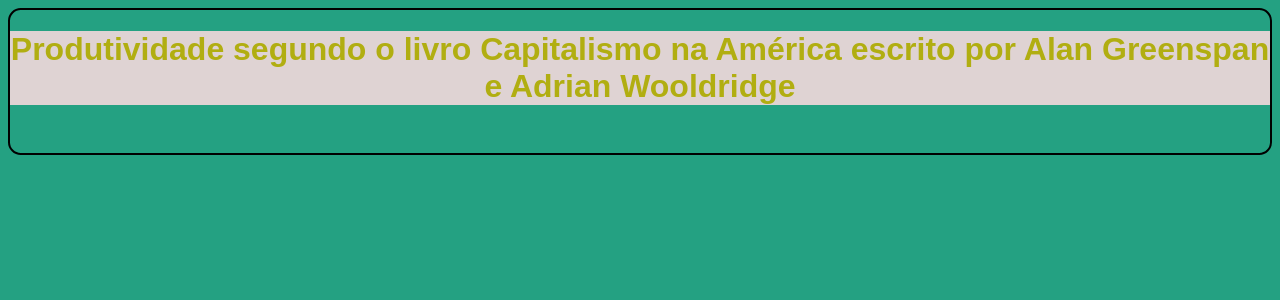
Repository: batmit/FutureFundation.github.io-1
Page: menu/articles/speechs/produtividade.html
An editor plug-in stored every save of this project. The page is shown before and after a run of saves, followed by the edit.
The browser window is 1280 px wide. The pictures show the whole page.

Above is the page before, as saved 2021-11-07 17:26:34.

### menu/articles/speechs/produtividade.html
<!DOCTYPE html>
<html lang="pt-BR">
<head>
    <meta charset="UTF-8">
    <meta http-equiv="X-UA-Compatible" content="IE=edge">
    <meta name="viewport" content="width=device-width, initial-scale=1.0">
    <title>Produtividade segundo o livro Capitalismo na América</title>

    <link rel="stylesheet" href="/menu/main.css">
</head>
<body>
    <div id="all">
        <header>
            <h1>Produtividade segundo o livro Capitalismo na América escrito por Alan Greenspan e Adrian Wooldridge</h1>
        </header>
    </div>
</body>
</html>

### menu/main.css
body{

    text-align: center;

    border: black 2px solid;

    border-radius: 0.8rem;

    font-family: 'Ubuntu', arial;

    background-color: rgb(36, 161, 130);


}

#articles {
    gap: 3px;
}

#all{

    background-color: rgb(223, 211, 211);

}


#codigo{
    text-align:left;

}


img{
    text-align: center;
    justify-content: center;

}

p{
    font-size: 20px;
    font-family: 'Ubuntu', arial;
}

a{
    border: 2px solid black;

    border-radius: 0.8rem;

    box-sizing: border-box;

    padding: 0.5rem;

    line-height:3rem;

    margin: 2px;


}

a:hover{

    background-color:#F0FFFF;

}

h1{

    margin-bottom: 3rem;

    color: rgb(177, 174, 17);

}

audio {
    -webkit-transition:all 0.5s linear;
    -moz-transition:all 0.5s linear;
    -o-transition:all 0.5s linear;
    transition:all 0.5s linear;
    -moz-box-shadow: 2px 2px 4px 0px #006773;
    -webkit-box-shadow:  2px 2px 4px 0px #006773;
    box-shadow: 2px 2px 4px 0px #006773;
    -moz-border-radius:7px 7px 7px 7px ;
    -webkit-border-radius:7px 7px 7px 7px ;
    border-radius:7px 7px 7px 7px ;
}

audio:hover, audio:focus, audio:active {

-webkit-box-shadow: 15px 15px 20px rgba(0,0, 0, 0.4);
-moz-box-shadow: 15px 15px 20px rgba(0,0, 0, 0.4);
box-shadow: 15px 15px 20px rgba(0,0, 0, 0.4);
-webkit-transform: scale(1.05);
-moz-transform: scale(1.05);
transform: scale(1.05);

}



@media (max-width: 900px) {


    a{

        display: block;
        line-height: 0.5rem;
        padding: 1rem;

    }

    #img{
        text-align: right;
    }

}

@media (prefers-color-scheme: dark) {
    #all{

        background-color: rgb(90, 73, 73);

    }

    h1{
        color: white
    }

    p{
        color: white;
    }

    a{
        background-color: aqua;
    }

    h3{
        color: white;
    }

    strong {
        color: white;
    }


}

After the next 2 saves:
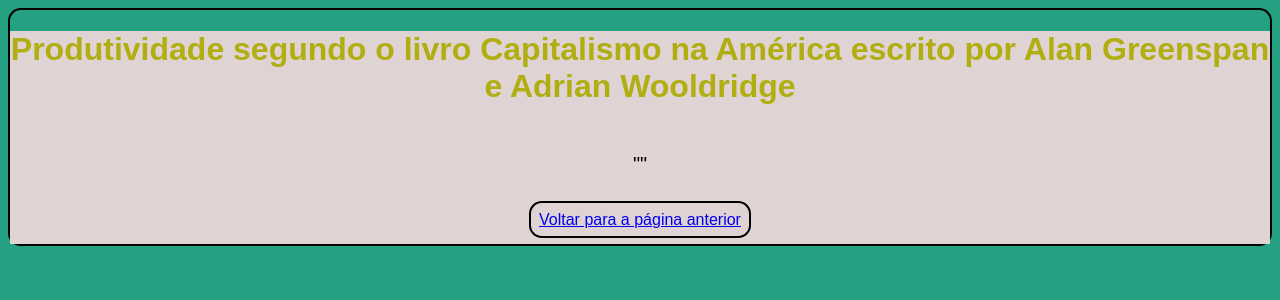
The 2 saves are shown as one change because they came seconds apart.
The last was saved 33 s later.
--- a/menu/articles/speechs/produtividade.html
+++ b/menu/articles/speechs/produtividade.html
@@ -13,6 +13,10 @@
         <header>
             <h1>Produtividade segundo o livro Capitalismo na América escrito por Alan Greenspan e Adrian Wooldridge</h1>
         </header>
+        <p>""</p>
+
+
+        <a href="./citações.html">Voltar para a página anterior</a>
     </div>
 </body>
 </html>
